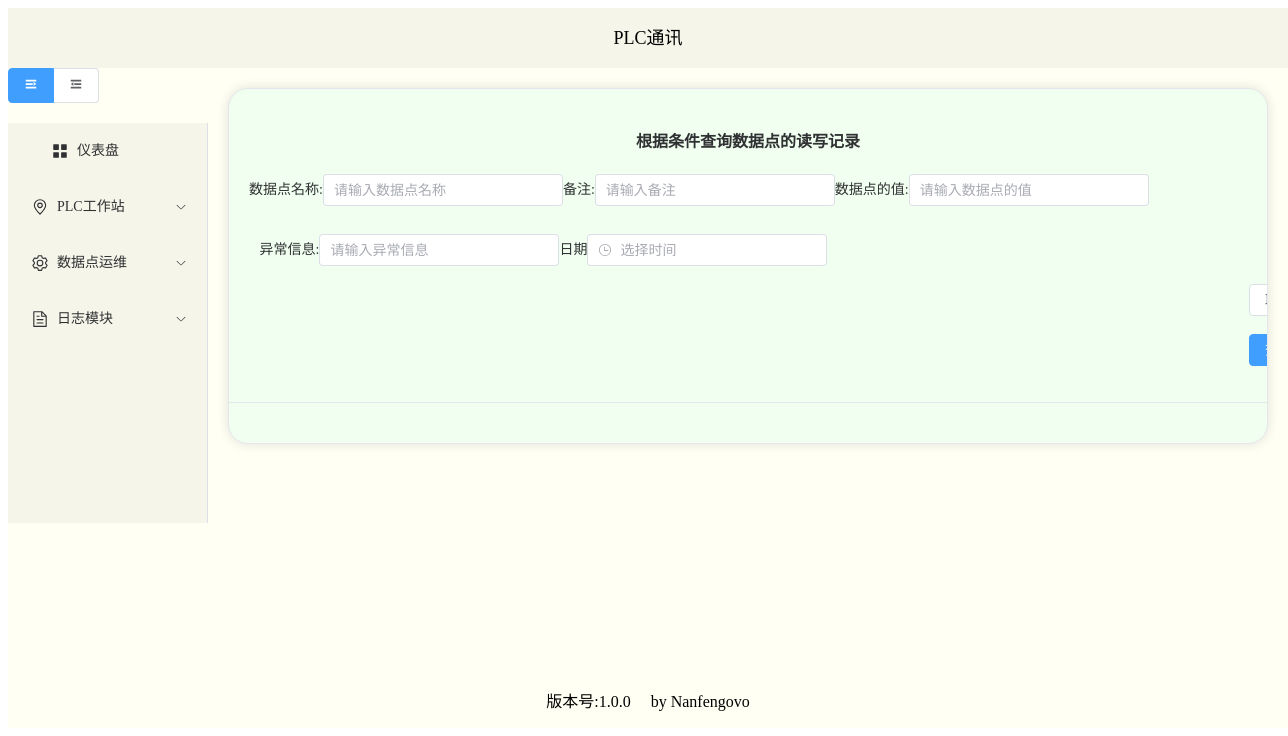
Repository: nanfengovo/HelperWorkStation
Page: /#/frameWork/PLCWorkstation/S7 (app in HelperWorkStation/plchelper-ui/)
An editor plug-in stored every save of this project. The page is shown before and after the next save, followed by the edit.
The browser window is 1280 px wide. The page is 1288 px wide, so the pictures cover 1288 px, including what lies to the right of the window. The pictures show the whole page.
The project was rebuilt for these pictures with package versions that can differ from the ones it lists, and the page was loaded fresh each time. Also part of the build but not shown: HelperWorkStation/plchelper-ui/vite.config.ts, HelperWorkStation/plchelper-ui/src/views/Login/index.vue.

Above is the page before, as saved 2025-02-16 21:26:05.

After the next save:
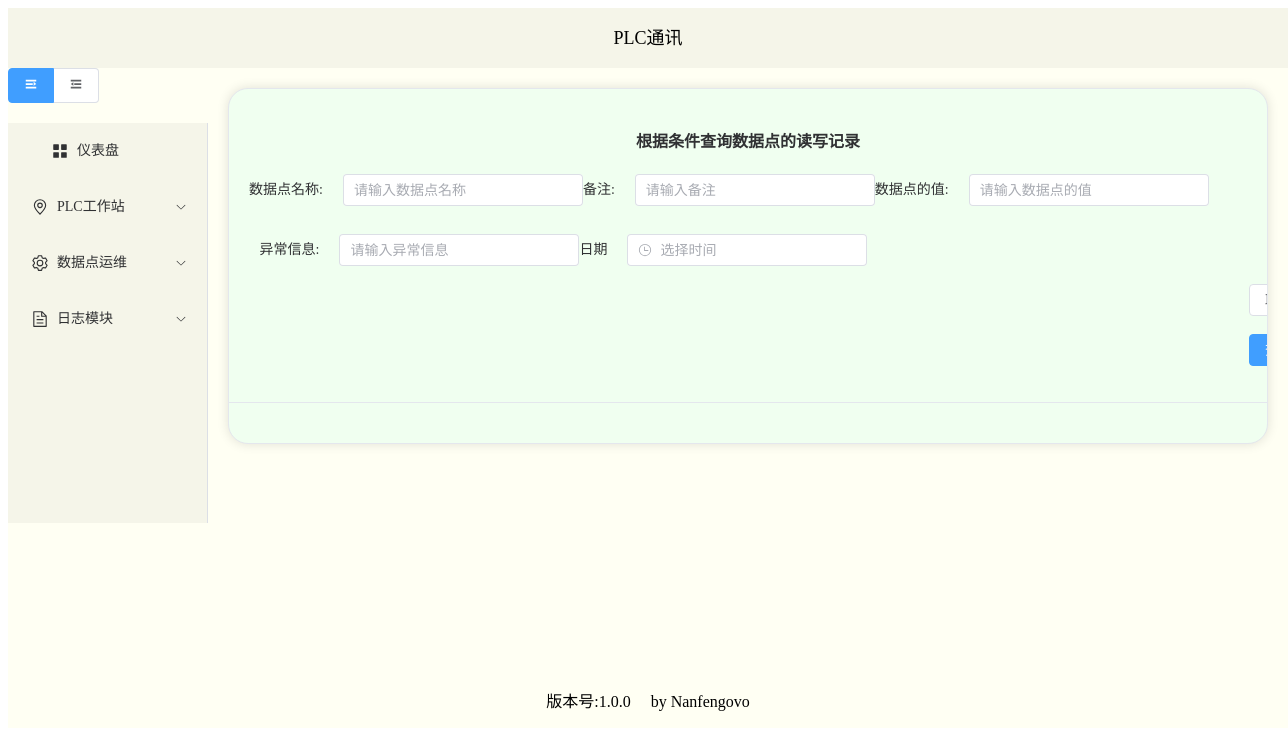
Saved 8 s later.
--- a/HelperWorkStation/plchelper-ui/src/views/FrameWork/layout/PLCWorkstation/S7/index.vue
+++ b/HelperWorkStation/plchelper-ui/src/views/FrameWork/layout/PLCWorkstation/S7/index.vue
@@ -68,7 +68,7 @@
 .Query{
     display: grid;
 }
-.Query-form el-form-item .el-input{
+.Query-form .el-form-item .el-input{
     margin-left: 20px;
 }
 .Query-card{
